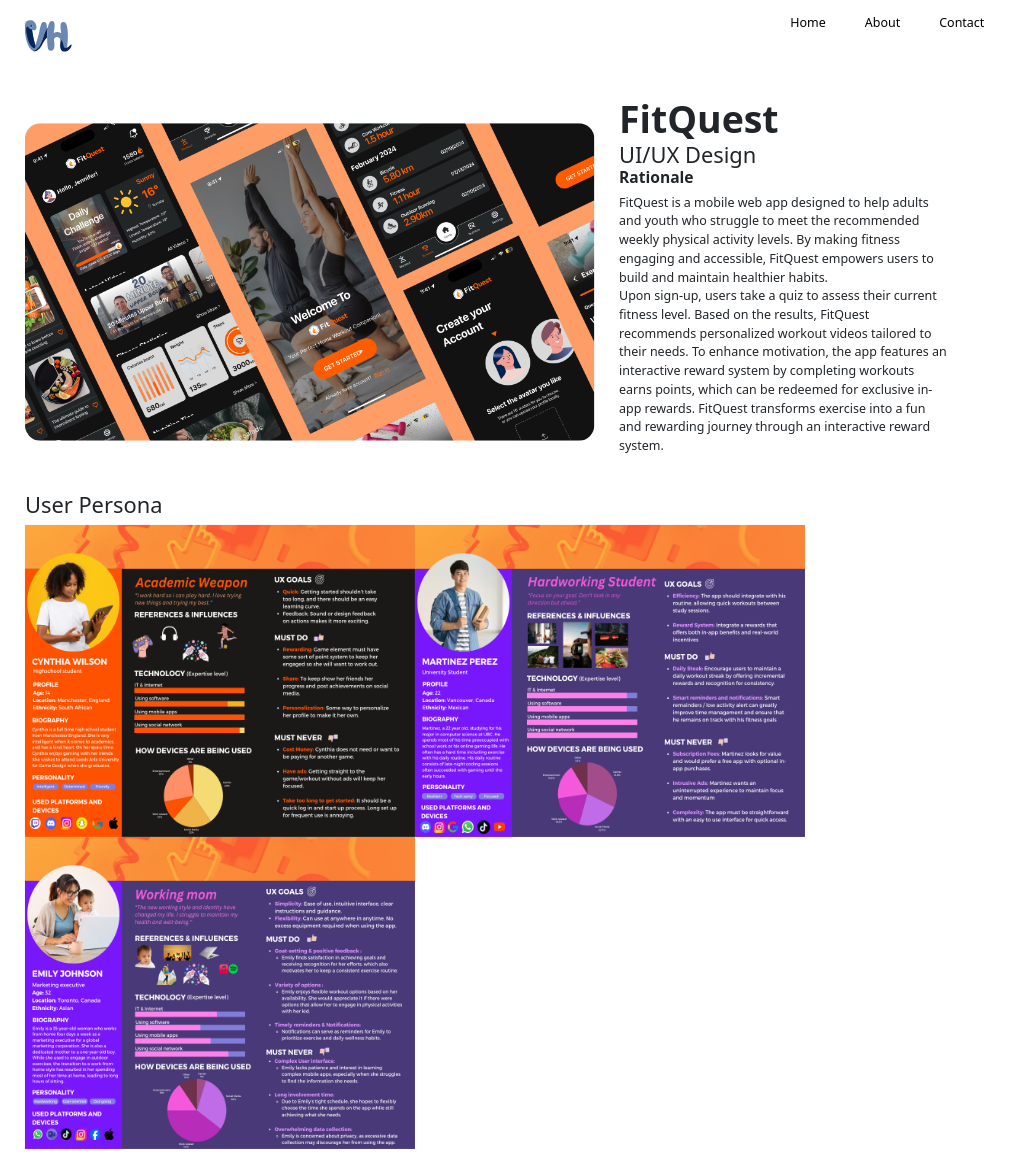
Repository: Vanessahyc/vanessa-portfolio
Page: /fitquest
These files come from the project's save history. The page is drawn as it stood at one moment and after the next save; the edit follows.
The browser window is 1280 px wide. The page is 1312 px wide, so the pictures cover 1312 px, including what lies to the right of the window. The pictures show the whole page, at 78% of full size.
The project was rebuilt for these pictures with package versions that can differ from the ones it lists, and the page was loaded fresh each time. The framework's server and built-in components were replaced by stand-ins that run in the browser. Also part of the build but not shown: next.config.mjs.

Above is the page before, as saved 2025-02-07 16:44:54.

### src/app/layout.js
import { Geist, Geist_Mono } from "next/font/google";
import "./globals.css";
import 'bootstrap/dist/css/bootstrap.min.css'

const geistSans = Geist({
  variable: "--font-geist-sans",
  subsets: ["latin"],
});

const geistMono = Geist_Mono({
  variable: "--font-geist-mono",
  subsets: ["latin"],
});

export const metadata = {
  title: "Create Next App",
  description: "Generated by create next app",
};

export default function RootLayout({ children }) {
  return (
    <html lang="en">
      <body
        className={`${geistSans.variable} ${geistMono.variable} antialiased`}
      >
        {children}
      </body>
    </html>
  );
}

### src/app/fitquest/page.js
"use client";
import Header from "../../../components/Header";
import styles from "@/app/fitquest/Fitquest.module.css";
import Image from "next/image";
import { useState } from "react";

export default function Fitquest() {

    return(
        <>
            <Header/>
            <main className={styles.mainContainer}>
                <section className={`${styles.projectSection}`}>
                    <Image
                        src='/images/fitquest.png'
                        alt="Guava Can Design"
                        className={`${styles.mockup}`}
                        width={500}
                        height={400}
                    />
                    <div className={styles.projectInfo}>
                        <h2>FitQuest</h2>
                        <h3>UI/UX Design</h3>
                        <h4>Rationale</h4>
                        <p>
                        FitQuest is a mobile web app designed to help adults and youth who struggle to meet the recommended weekly physical activity levels. By making fitness engaging and accessible, FitQuest empowers users to build and maintain healthier habits.<br/>Upon sign-up, users take a quiz to assess their current fitness level. Based on the results, FitQuest recommends personalized workout videos tailored to their needs. To enhance motivation, the app features an interactive reward system by completing workouts earns points, which can be redeemed for exclusive in-app rewards. FitQuest transforms exercise into a fun and rewarding journey through an interactive reward system.
                        </p>
                    </div>
                </section>
                <section className={styles.personaContainer}>
                    <h3>User Persona</h3>
                    <div className={styles.packageDesign}>
                        <Image
                            src='/images/2.png'
                            alt="youth persona"
                            className={`${styles.persona}`}
                            width={500}
                            height={400}
                        />
                        <Image
                            src='/images/3.png'
                            alt="young adult persona"
                            className={`${styles.persona}`}
                            width={500}
                            height={400}
                        />
                        <Image
                            src='/images/4.png'
                            alt='working mom persona'
                            className={`${styles.persona}`}
                            width={500}
                            height={400}
                        />
                    </div>
                </section>
            </main>
        </>
    );
}

### src/app/globals.css
:root {
  --background: #ffffff;
  --foreground: #171717;
  --font48px: 48px;
  --font32px: 32px;
  --font28px: 28px;
  --font20px: 20px;
  --font18px: 18px;
  --font16px: 16px;
  --font-bold: 700;
  --font-medium: 500;
  --font-regular: 400;

}

body {
  font-family: Montserrat, sans-serif;
}

### components/Header/index.js
import Image from "next/image";
import Link from 'next/link';
import styles from './Header.module.css'

export default function Header() {
  return (
    <nav className={`${styles.navbar}`}>
      <Image src='/images/Logo.svg' alt="Vanessa Huang Logo" width={60} height={60}/>
      <ul>
        <li><Link href="/">Home</Link></li>
        <li><Link href="/about">About</Link></li>
        <li><Link href="/contact">Contact</Link></li>
      </ul>
    </nav>
  );
}

### src/app/fitquest/Fitquest.module.css
.mainContainer {
    margin: 1em 2em;
}

.projectSection {
    display: flex;
    align-items: center;
}

.projectSection img {
    width: 60%;
    height: 100%;
    border-radius: 20px;
}

.projectInfo {
    width: 40%;
    padding: 2em;
}

.projectInfo h2 {
    font-size: var(--font48px);
    font-weight: var(--font-bold);
    margin: 0;
}

.projectInfo h3 {
    font-size: var(--font28px);
    font-weight: var(--font-regular);
    margin: 0;
}

.projectInfo h4 {
    font-size: var(--font20px);
    font-weight: var(--font-bold);
}

.projectInfo p {
    font-size: var(--font16px);
    font-weight: var(--font-regular);
}

### components/Header/Header.module.css
.navbar {
    display: flex;
    justify-content: space-between;
    width: 100%;
    margin: 1em 2em;
}

.navbar ul {
    width: 30%;
    list-style: none;
    display: flex;
    justify-content: flex-end;
}

.navbar li {
    padding-right: 50px;
}

.navbar a {
    text-decoration: none;
    color: black;
    font-weight: var(--font-medium);
}

After the next save:
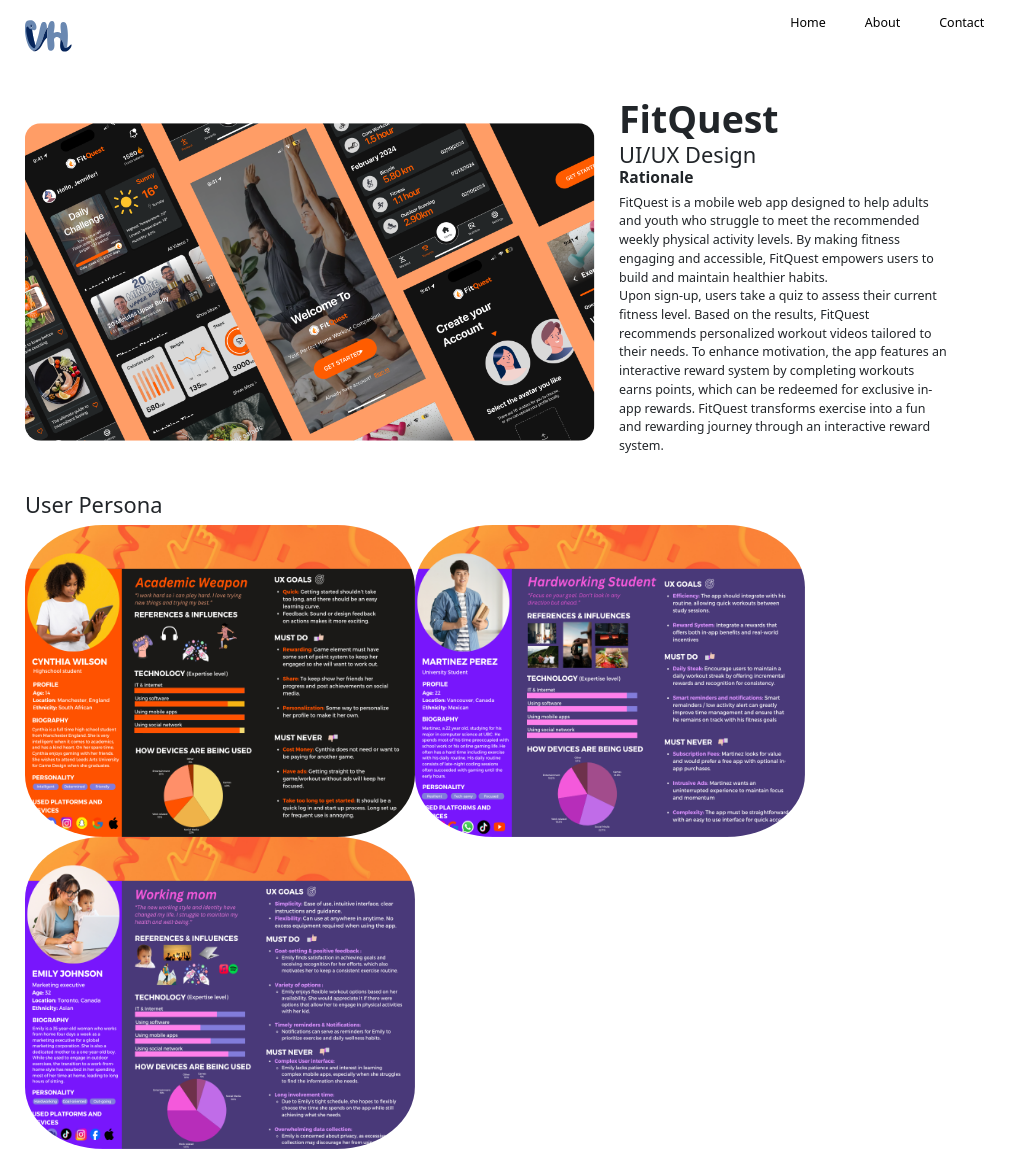
Saved 18 s later.
--- a/src/app/fitquest/Fitquest.module.css
+++ b/src/app/fitquest/Fitquest.module.css
@@ -39,3 +39,7 @@
     font-size: var(--font16px);
     font-weight: var(--font-regular);
 }
+
+.persona {
+    border-radius: 20%;
+}
